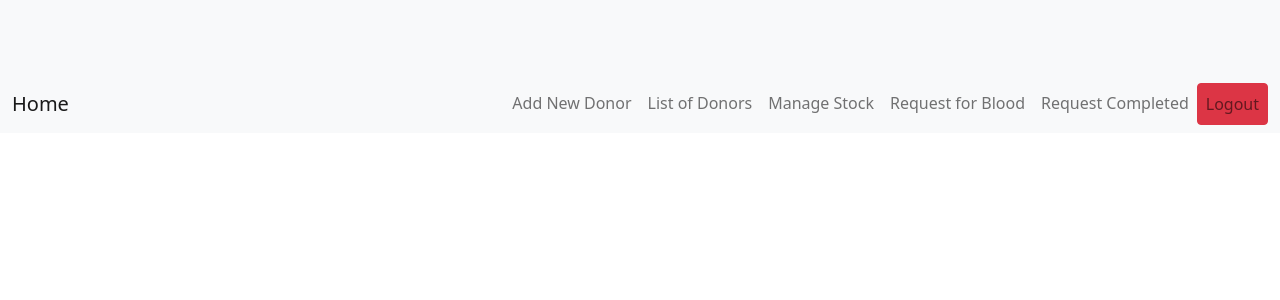
Repository: kshitizJ/Blood-Bank-Management-System-in-jsp
Page: http://localhost/Blood_Bank_Management_System/editDeleteList.jsp
An editor plug-in stored every save of this project. The page is shown before and after the next save, followed by the edit.
The browser window is 1280 px wide. The pictures show the whole page.
The page is served by Tomcat 9. Queries for data that is not in the repository find no rows.

Above is the page before, as saved 2021-04-28 09:01:51.

After the next save:
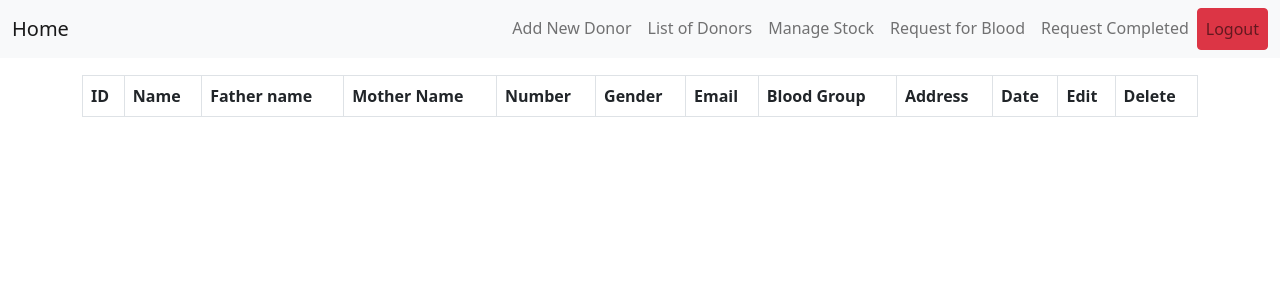
Saved 21 s later.
--- a/Blood Bank Management System/WebContent/editDeleteList.jsp
+++ b/Blood Bank Management System/WebContent/editDeleteList.jsp
@@ -10,13 +10,13 @@
 <title>Edit Delete List</title>
 
 <style>
-.container-fluid {
+.container {
 	margin-top: 75px;
 }
 </style>
 </head>
 <body>
-	<div class="container-fluid">
+	<div class="container">
 		<div class="row">
 			<div class="col-12">
 				<table class="table table-bordered table-striped table-hover">
